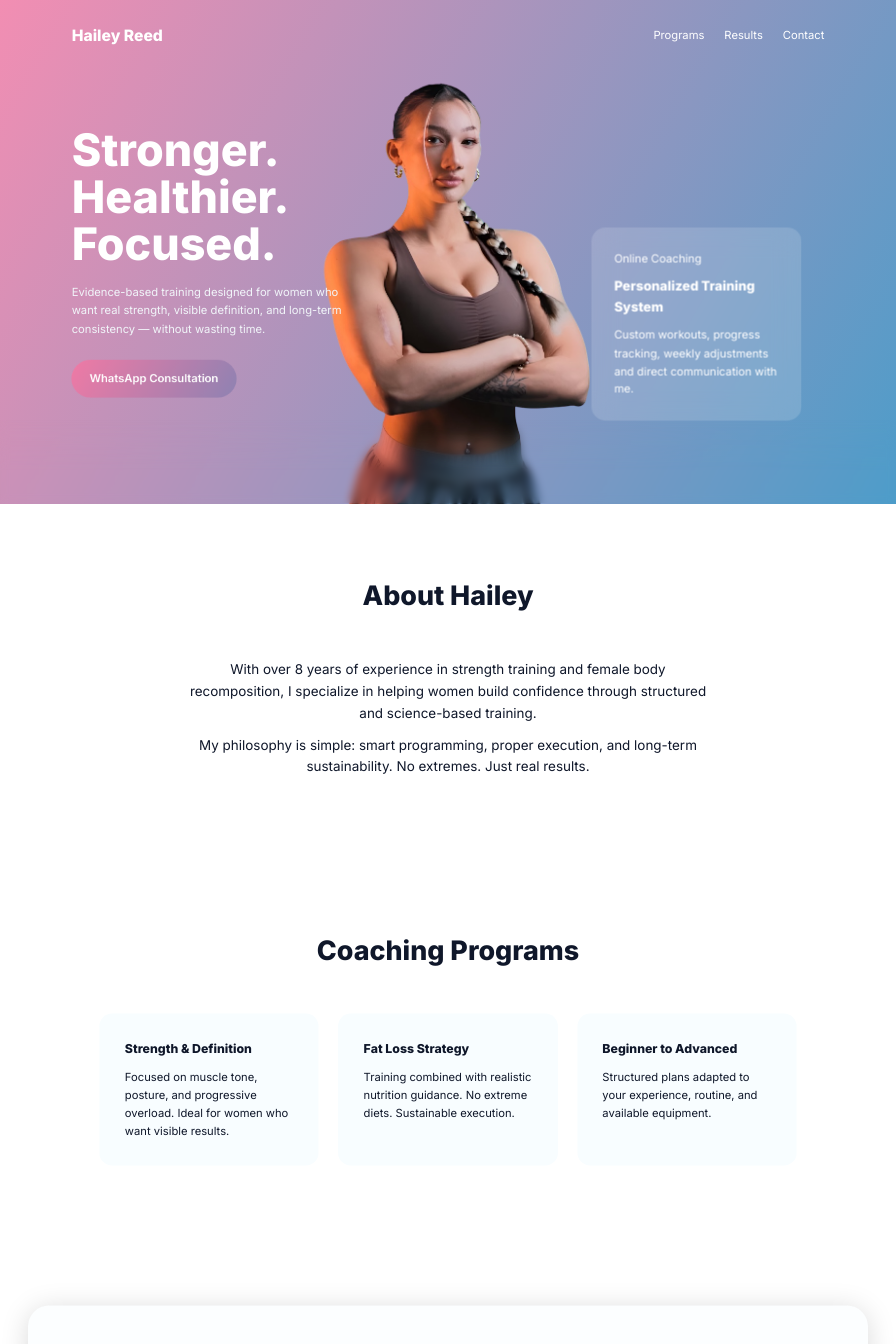
Repository: davidfsillva/Hailey-Reed-Coaching
Page: index.html
The author's editor kept a copy of each file at every save. The page is drawn from the files as they stood at one save, then again after a run of saves.
The browser window is 1280 px wide. The pictures show the part of the page from y = 0 to 1920 px (the page is 4763 px tall before and 4860 px after), at 70% of full size.

Above is the page before, as saved 2026-02-13 12:25:15.

After the next 5 saves:
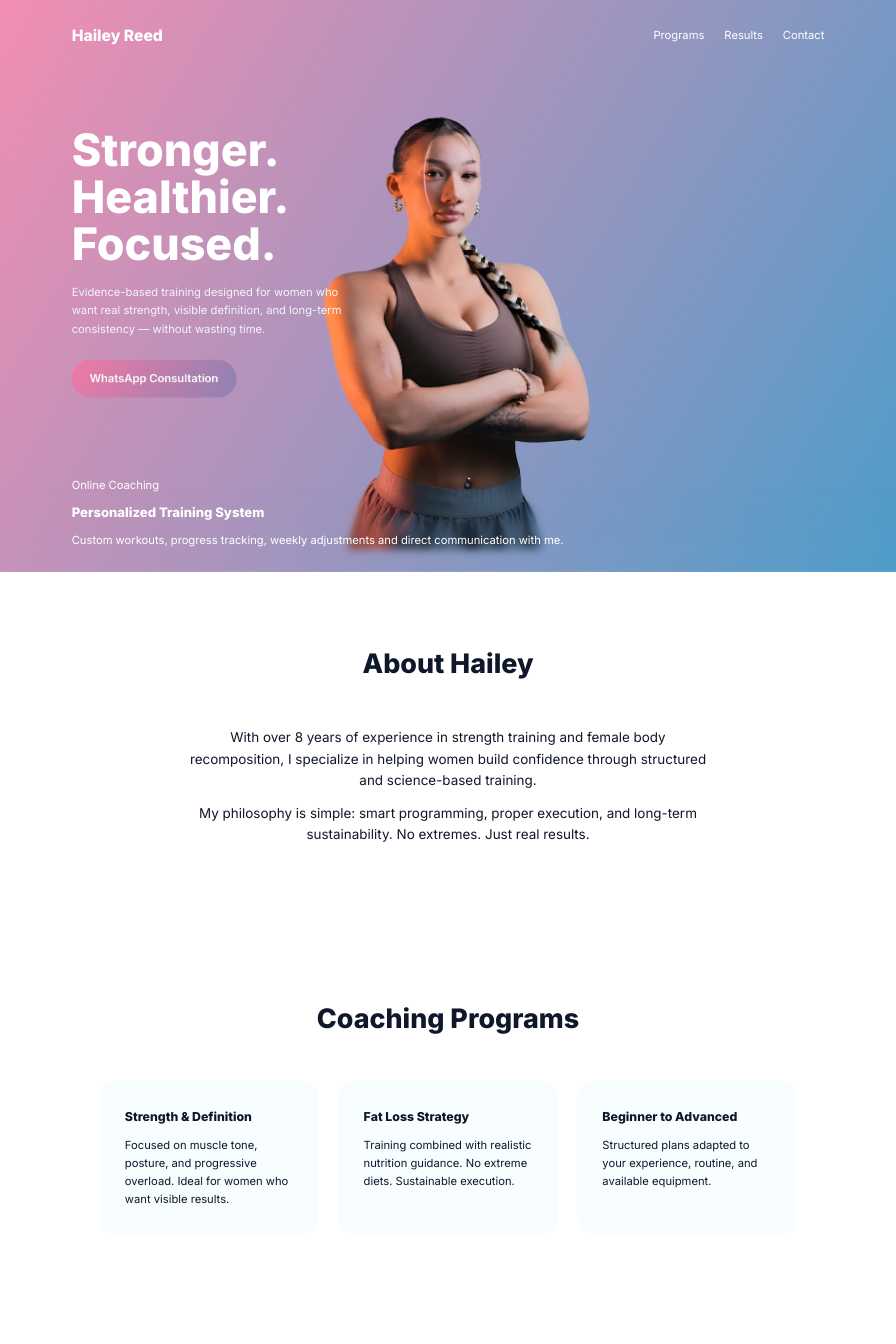
The 5 saves are shown as one change because they came seconds apart.
The last was saved 12 s later.
--- a/style.css
+++ b/style.css
@@ -141,8 +141,9 @@
   box-shadow: 0 10px 25px rgba(240,122,165,0.3);
   transition: all 0.4s ease;
 
-
-}
+}
+
+.cta-group hero-cta
 
 
 

After the 2 saves that followed:
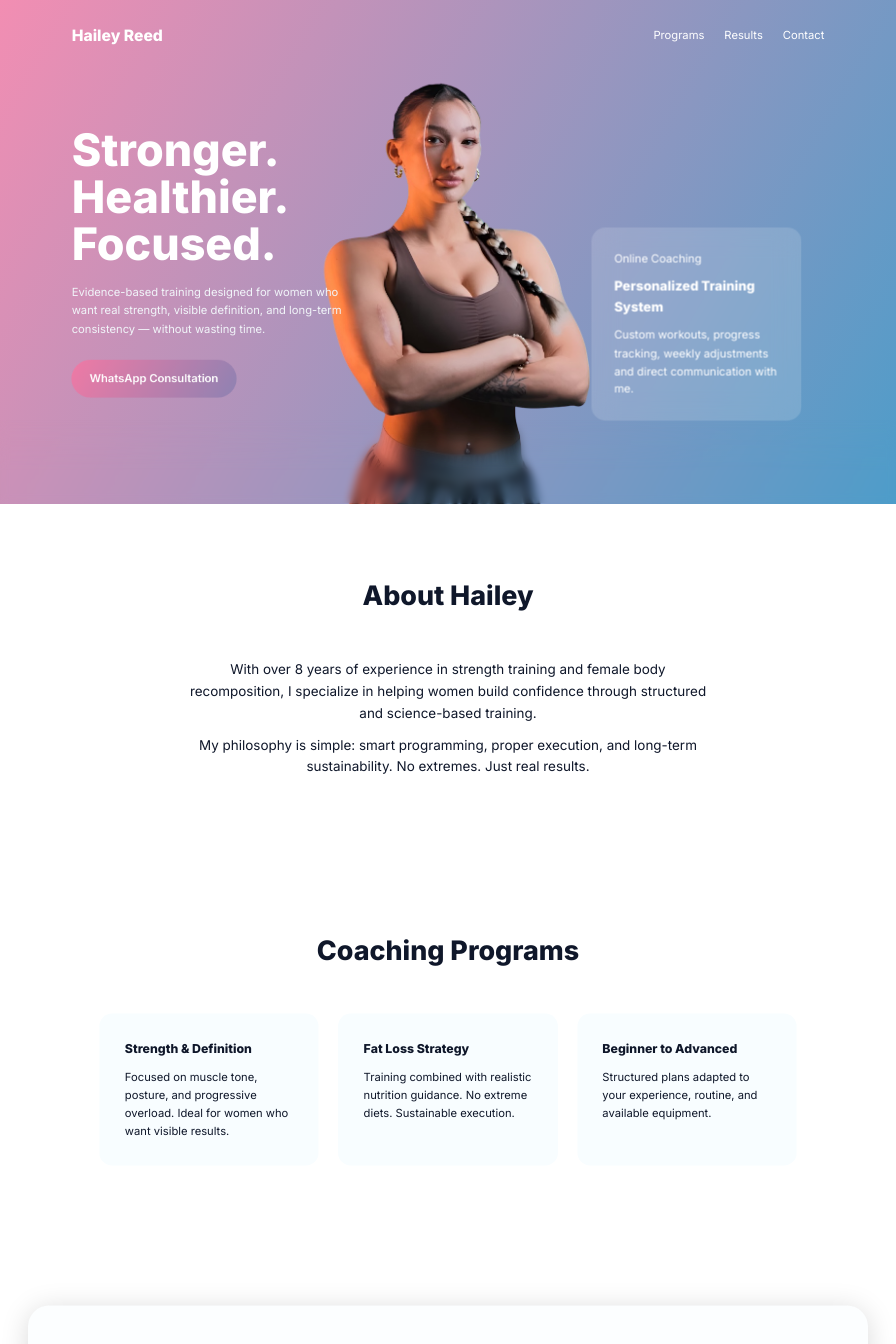
The 2 saves are shown as one change because they came seconds apart.
The last was saved 11 s later.
--- a/style.css
+++ b/style.css
@@ -143,8 +143,6 @@
 
 }
 
-.cta-group hero-cta
-
 
 
 /* ================= HERO CARD ================= */
